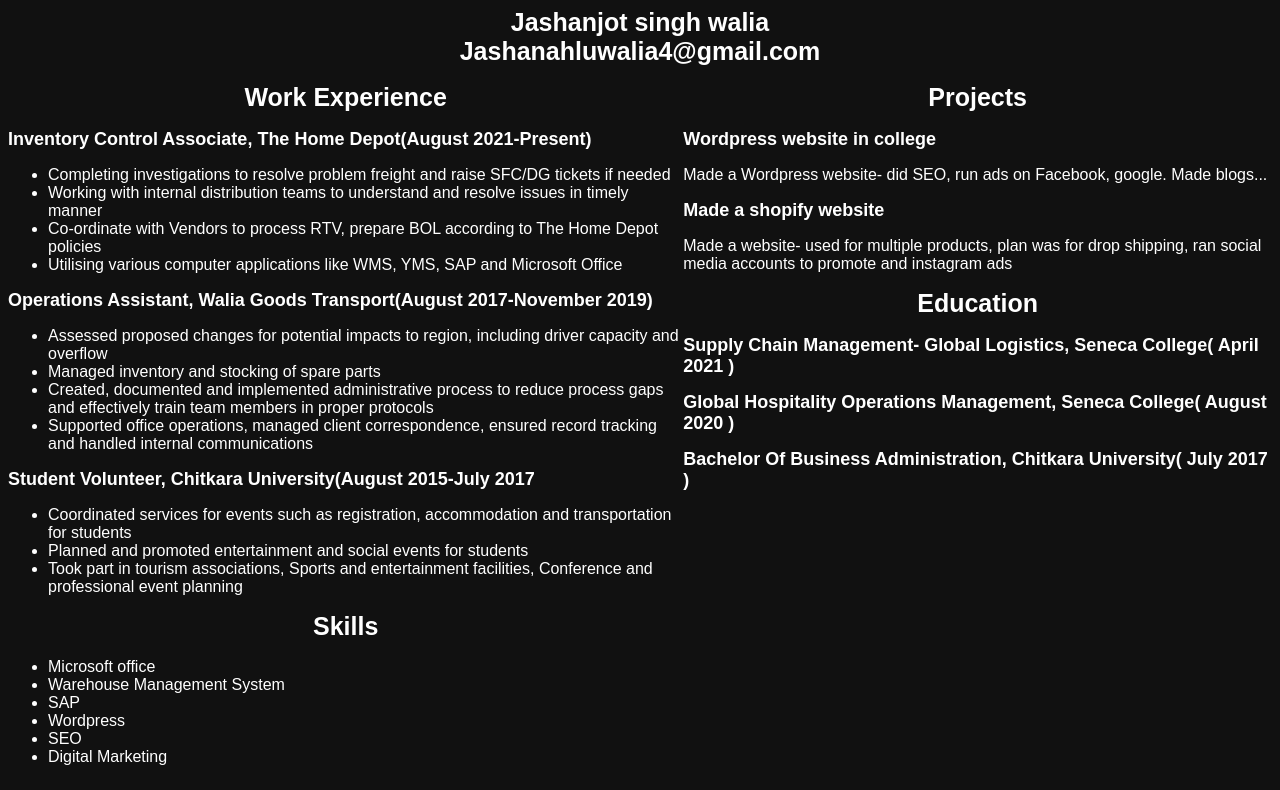
Repository: jashn13/portfolio
Page: index.html
An editor plug-in stored every save of this project. The page is shown before and after the next save, followed by the edit.
The browser window is 1280 px wide. The pictures show the whole page.

Above is the page before, as saved 2021-11-13 08:30:31.

### index.html
<!DOCTYPE html>
<html>
  <head>
    <style>
      .heading {
        margin: auto;
      }
      h1 {
        text-align: center;
        font-size: 25px;
      }
      h2 {
        text-align: left;
        font-size: 18px;
      }

      body {
        font-family: Arial;
        color: white;
        background-color: #111;
      }

      .centered {
        position: absolute;
        top: 50%;
        left: 50%;
        transform: translate(-50%, -50%);
        text-align: center;
      }
    </style>
  </head>
  <body>
    <h1 class="heading">Jashanjot singh walia</h1>
    <h1 class="heading">Jashanahluwalia4@gmail.com</h1>
    <div style="display: flex;">
      <div class="split left">
        <h1>Work Experience</h1>
        <h2>
          Inventory Control Associate, The Home Depot(August 2021-Present)
        </h2>
        <ul>
          <li>
            Completing investigations to resolve problem freight and raise
            SFC/DG tickets if needed
          </li>
          <li>
            Working with internal distribution teams to understand and resolve
            issues in timely manner
          </li>
          <li>
            Co-ordinate with Vendors to process RTV, prepare BOL according to
            The Home Depot policies
          </li>
          <li>
            Utilising various computer applications like WMS, YMS, SAP and
            Microsoft Office
          </li>
        </ul>
        <h2>
          Operations Assistant, Walia Goods Transport(August 2017-November 2019)
        </h2>
        <ul>
          <li>
            Assessed proposed changes for potential impacts to region, including
            driver capacity and overflow
          </li>
          <li>Managed inventory and stocking of spare parts</li>
          <li>
            Created, documented and implemented administrative process to reduce
            process gaps and effectively train team members in proper protocols
          </li>
          <li>
            Supported office operations, managed client correspondence, ensured
            record tracking and handled internal communications
          </li>
        </ul>

        <h2>Student Volunteer, Chitkara University(August 2015-July 2017</h2>
        <ul>
          <li>
            Coordinated services for events such as registration, accommodation
            and transportation for students
          </li>
          <li>
            Planned and promoted entertainment and social events for students
          </li>
          <li>
            Took part in tourism associations, Sports and entertainment
            facilities, Conference and professional event planning
          </li>
        </ul>
        <h1>Skills</h1>
        <ul>
          <li>Microsoft office</li>
          <li>Warehouse Management System</li>
          <li>SAP</li>
          <li>Wordpress</li>
          <li>SEO</li>
          <li>Digital Marketing</li>
        </ul>
      </div>

      <div class="split right">
        <h1>Projects</h1>
        <h2>Wordpress website in college</h2>
        <p>
          Made a Wordpress website- did SEO, run ads on Facebook, google. Made
          blogs...
        </p>
        <h2>Made a shopify website</h2>
        <p>
          Made a website- used for multiple products, plan was for drop
          shipping, ran social media accounts to promote and instagram ads
        </p>
        <h1>Education</h1>
        <h2>
          Supply Chain Management- Global Logistics, Seneca College( April 2021
          )
        </h2>
        <h2>
          Global Hospitality Operations Management, Seneca College( August 2020
          )
        </h2>
        <h2>
          Bachelor Of Business Administration, Chitkara University( July 2017 )
        </h2>
      </div>
    </div>
  </body>
</html>

After the next save:
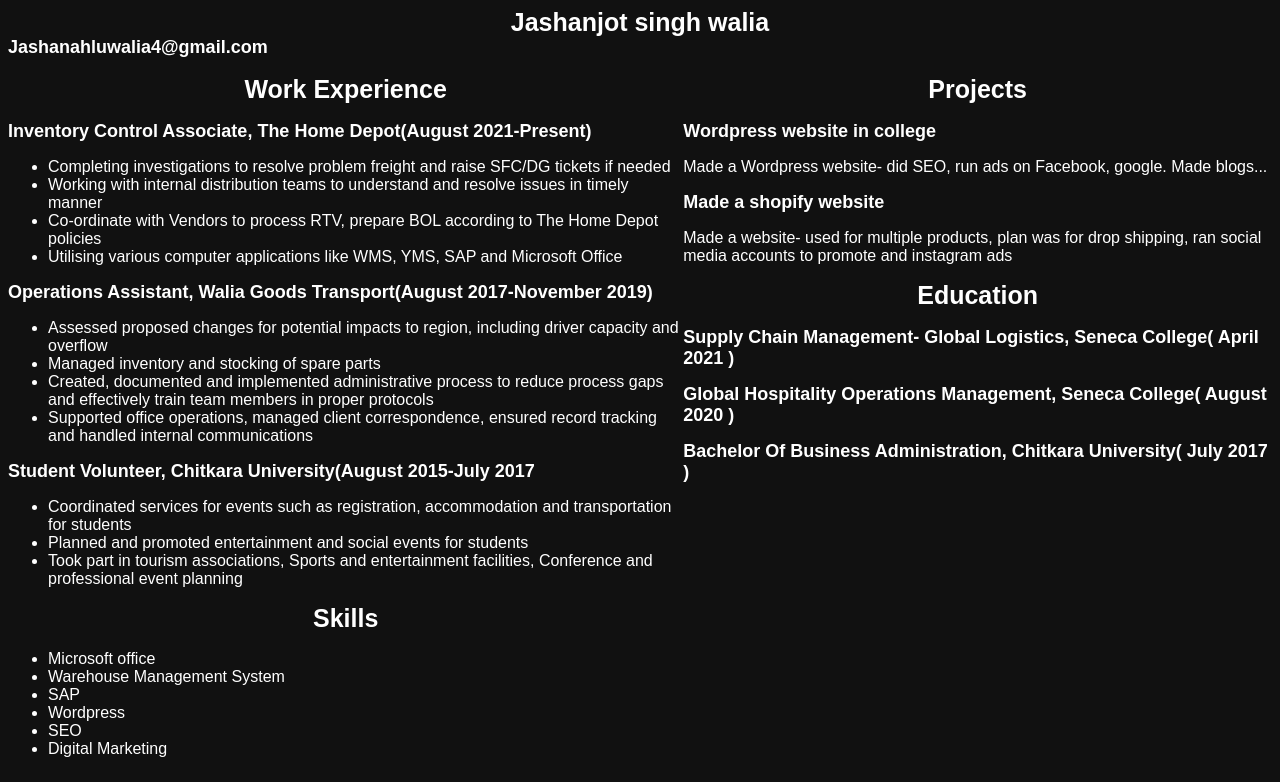
Saved 12 s later.
--- a/index.html
+++ b/index.html
@@ -31,7 +31,7 @@
   </head>
   <body>
     <h1 class="heading">Jashanjot singh walia</h1>
-    <h1 class="heading">Jashanahluwalia4@gmail.com</h1>
+    <h2 class="heading">Jashanahluwalia4@gmail.com</h2>
     <div style="display: flex;">
       <div class="split left">
         <h1>Work Experience</h1>
